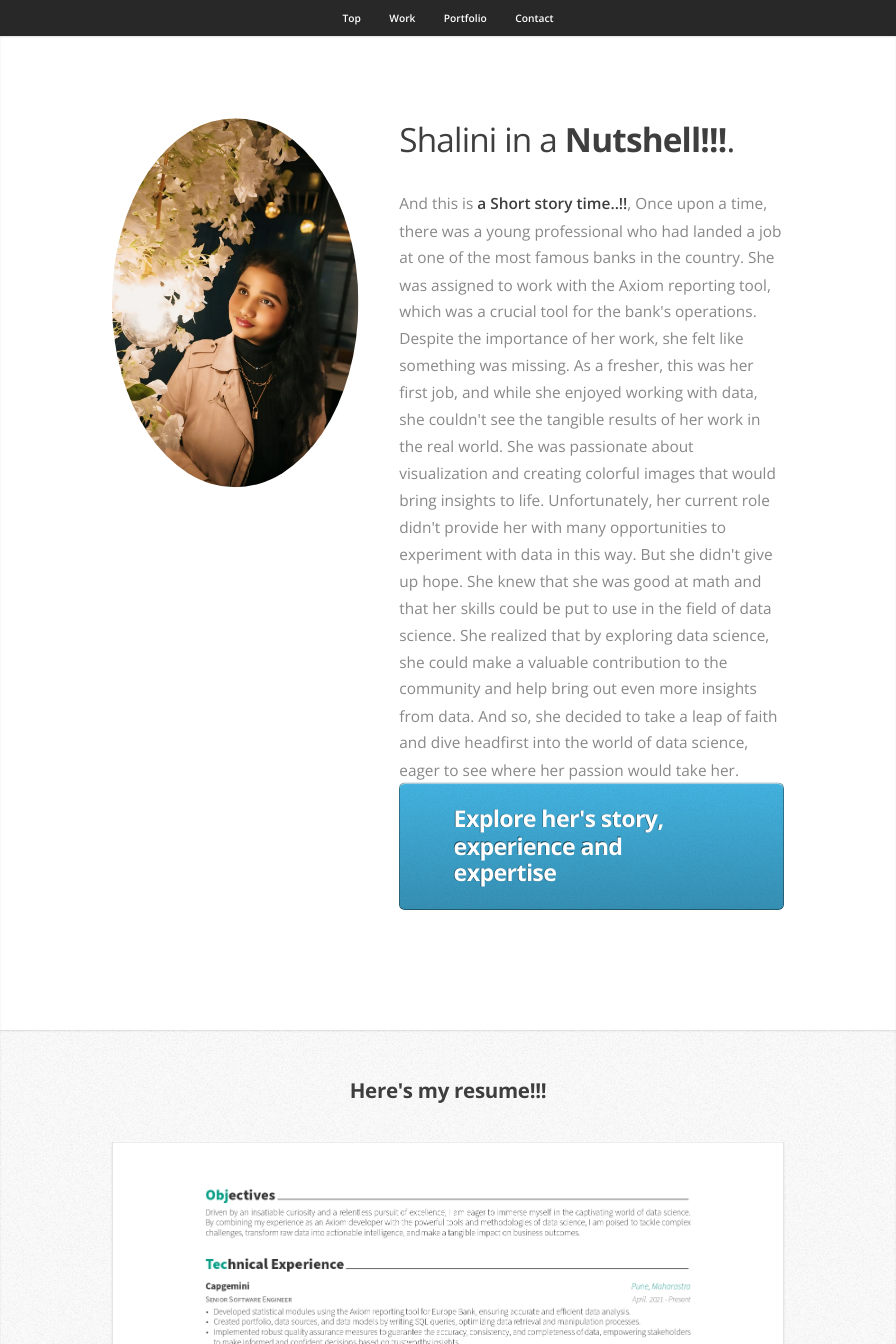
Repository: Shalini-Nanda-ds/Shalini-s-portfolio
Page: index.html
These files come from the project's save history. The page is drawn as it stood at one moment and after the next save; the edit follows.
The browser window is 1280 px wide. The pictures show the part of the page from y = 0 to 1920 px (the page is 4530 px tall), at 70% of full size.

Above is the page before, as saved 2025-03-21 11:24:34.

After the next save:
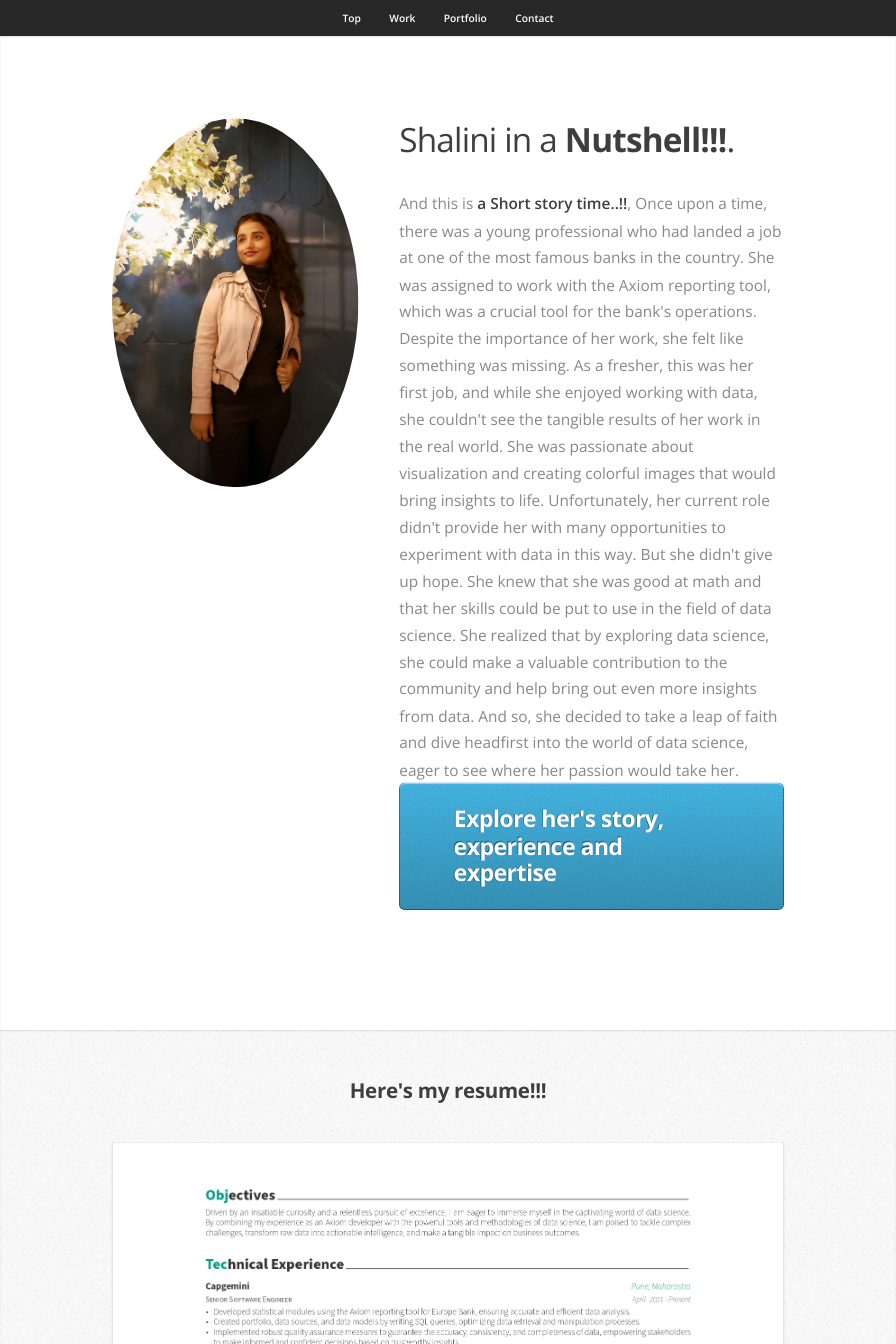
Saved 2 min 45 s later.
--- a/index.html
+++ b/index.html
@@ -28,7 +28,7 @@
 				<div class="container">
 					<div class="row">
 						<div class="col-4 col-5-large col-12-medium">
-							<span class="image fit"><img src="images\WhatsApp Image 2025-03-21 at 11.20.08 AM (1).jpeg" alt="" /></span>
+							<span class="image fit"><img src="images\portfolio_1.jpeg" alt="" /></span>
 						</div>
 						<div class="col-8 col-7-large col-12-medium">
 							<header>
